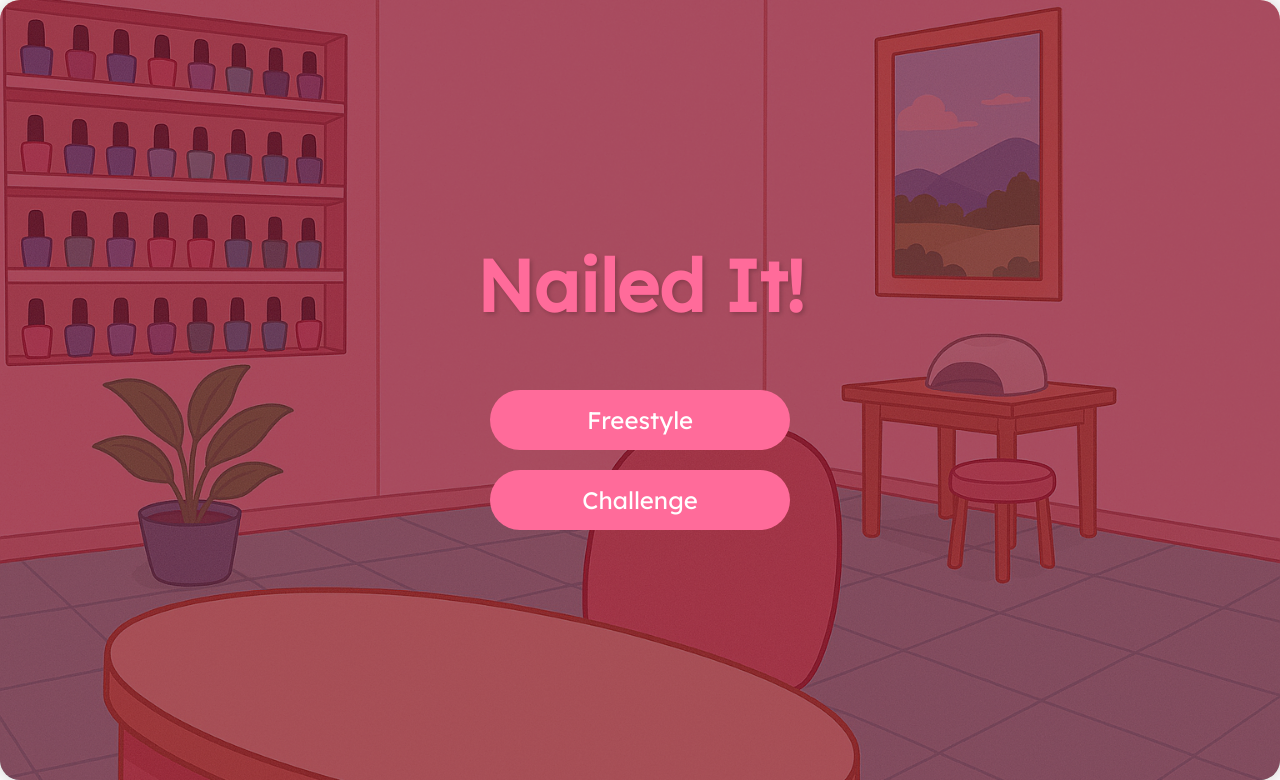
Repository: primcharlin/nailedit
Page: index.html
These files come from the project's save history. The page is drawn as it stood at one moment and after the next save; the edit follows.
The browser window is 1280 px wide. The pictures show the whole page.

Above is the page before, as saved 2025-05-05 22:50:54.

### index.html
<!DOCTYPE html>
<html lang="en">
    <head>
        <meta charset="UTF-8" />
        <meta
            name="viewport"
            content="width=device-width, initial-scale=1.0" />
        <title>Nail Salon Game</title>
        <link
            rel="stylesheet"
            href="styles.css" />
        <link
            href="https://fonts.googleapis.com/css2?family=Lexend&display=swap"
            rel="stylesheet" />
    </head>
    <body>
        <div id="game-container">
            <!-- Main Menu -->
            <div
                id="main-menu"
                class="menu">
                <h1>Nailed It!</h1>
                <button id="freestyle-button">Freestyle</button>
                <button id="challenge-button">Challenge</button>
            </div>

            <div
                id="character-selection"
                class="menu"
                style="display: none">
                <h1>Choose Your Character</h1>
                <div class="character-grid">
                    <div
                        class="character-option"
                        data-character="1">
                        <img
                            src="img/Avatar1.png"
                            alt="Character 1" />
                        <p>Emma</p>
                    </div>
                    <div
                        class="character-option"
                        data-character="2">
                        <img
                            src="img/Avatar2.png"
                            alt="Character 2" />
                        <p>Sophia</p>
                    </div>
                    <div
                        class="character-option"
                        data-character="3">
                        <img
                            src="img/Avatar3.png"
                            alt="Character 3" />
                        <p>Olivia</p>
                    </div>
                </div>
                <button id="back-to-mode">Back</button>
            </div>

            <!-- Game Area -->
            <div
                id="game-area"
                class="game-area"
                style="display: none">
                <!-- Character Display -->
                <div id="character-display"></div>

                <!-- Tools Panel will be created dynamically -->
                <div id="tools-panel"></div>

                <div id="hand">
                    <div
                        class="nail"
                        id="nail-1"></div>
                    <div
                        class="nail"
                        id="nail-2"></div>
                    <div
                        class="nail"
                        id="nail-3"></div>
                    <div
                        class="nail"
                        id="nail-4"></div>
                    <div
                        class="nail"
                        id="nail-5"></div>
                </div>

                <!-- Challenge Mode UI -->
                <div id="challenge-ui">
                    <h2>Reference Design</h2>
                    <div id="reference-image">
                        <div
                            class="reference-nail"
                            id="ref-nail-1"></div>
                        <div
                            class="reference-nail"
                            id="ref-nail-2"></div>
                        <div
                            class="reference-nail"
                            id="ref-nail-3"></div>
                        <div
                            class="reference-nail"
                            id="ref-nail-4"></div>
                        <div
                            class="reference-nail"
                            id="ref-nail-5"></div>
                    </div>
                    <div id="timer">60</div>
                </div>

                <!-- Controls -->
                <div id="controls">
                    <button
                        class="control-button"
                        id="reset-button">
                        Reset
                    </button>
                    <button
                        class="control-button"
                        id="back-button">
                        Main Menu
                    </button>
                    <button
                        class="control-button"
                        id="done-button">
                        Done
                    </button>
                </div>
            </div>

            <!-- Result Modal -->
            <div id="result-modal">
                <h2 id="result-title">Challenge Complete!</h2>
                <p id="result-message">You scored 85% match. Great job!</p>
                <div id="result-buttons">
                    <button
                        class="control-button"
                        id="try-again-button">
                        Try Again
                    </button>
                    <button
                        class="control-button"
                        id="menu-button">
                        Main Menu
                    </button>
                </div>
            </div>
        </div>

        <script src="script.js"></script>
    </body>
</html>

### styles.css
* {
    margin: 0;
    padding: 0;
    box-sizing: border-box;
    font-family: "Lexend", sans-serif;
}

body {
    background-color: white;
    display: flex;
    justify-content: center;
    align-items: center;
    min-height: 100vh;
    overflow: hidden;
}

h1 {
    font-family: "Lexend", sans-serif;
}

#game-container {
    width: 1300px;
    height: 780px;
    position: relative;
    background-image: url("img/background.png");
    background-size: cover;
    background-position: center;
    box-shadow: 0 0 20px rgba(0, 0, 0, 0.2);
    overflow: hidden;
    border-radius: 20px;
}

/* Main Menu */
#main-menu {
    position: absolute;
    width: 100%;
    height: 100%;
    display: flex;
    flex-direction: column;
    justify-content: center;
    align-items: center;
    background-color: rgba(117, 5, 43, 0.625);
    z-index: 100;
}

#main-menu h1 {
    font-size: 72px;
    color: #ff6b9a;
    margin-bottom: 50px;
    text-shadow: 2px 2px 4px rgba(0, 0, 0, 0.2);
}

.logo {
    width: 400px;
    height: auto;
    margin-bottom: 50px;
    transition: transform 0.3s ease;
}

.logo:hover {
    transform: scale(1.1);
}

#main-menu button {
    background-color: #ff6b9a;
    color: white;
    border: none;
    padding: 15px 30px;
    margin: 10px;
    font-size: 24px;
    border-radius: 30px;
    cursor: pointer;
    transition: all 0.3s ease;
    width: 300px;
}

#main-menu button:hover {
    background-color: #ff4d85;
    transform: scale(1.05);
}

/* Character Selection */
#character-selection {
    position: absolute;
    width: 100%;
    height: 100%;
    display: flex;
    flex-direction: column;
    justify-content: center;
    align-items: center;
    background-color: rgba(255, 255, 255, 0.3);
    z-index: 100;
}

#character-selection h1 {
    font-size: 48px;
    color: #ff6b9a;
    margin-bottom: 30px;
    text-shadow: 2px 2px 4px rgba(0, 0, 0, 0.2);
}

/* Game Area */
#game-area {
    display: none;
    width: 100%;
    height: 100%;
    position: relative;
    padding: 20px;
    overflow: hidden;
}

/* Horizontal Tools Panel */
.horizontal-tools-panel {
    position: absolute;
    top: 50%;
    right: 20px;
    transform: translateY(-50%);
    width: 100px;
    background-color: white;
    border-radius: 20px;
    padding: 15px;
    box-shadow: 0 0 15px rgba(0, 0, 0, 0.1);
    z-index: 10;
    display: flex;
    flex-direction: column;
    gap: 15px;
}

.category-button {
    width: 70px;
    height: 70px;
    display: flex;
    flex-direction: column;
    align-items: center;
    justify-content: center;
    padding: 10px;
    border-radius: 15px;
    cursor: pointer;
    transition: all 0.2s ease;
    background-color: #fff;
}

.category-button:hover {
    background-color: #ffdee7;
}

.category-button.active {
    background-color: #ffb8cb;
}

.category-icon {
    width: 40px;
    height: 40px;
    margin-bottom: 5px;
    background-size: contain;
    background-repeat: no-repeat;
    background-position: center;
}

.category-name {
    font-size: 12px;
    text-align: center;
    color: #333;
}

.options-container {
    position: absolute;
    right: 140px; /* Position to the left of the tools panel */
    top: 50%;
    transform: translateY(-50%);
    display: none;
    flex-direction: column;
    gap: 10px;
    background-color: white;
    padding: 15px;
    border-radius: 20px;
    box-shadow: 0 0 15px rgba(0, 0, 0, 0.1);
    max-height: 80vh;
    overflow-y: auto;
}

.option-item {
    width: 60px;
    height: 60px;
    display: flex;
    align-items: center;
    justify-content: center;
    border-radius: 10px;
    cursor: pointer;
    transition: all 0.2s ease;
    background-color: #fff;
    padding: 5px;
}

.option-item:hover {
    transform: scale(1.1);
    background-color: #ffdee7;
}

.option-item.selected {
    border: 3px solid #ff6b9a;
    background-color: #ffdee7;
}

.option-icon {
    width: 50px;
    height: 50px;
    background-size: contain;
    background-repeat: no-repeat;
    background-position: center;
}

.color-preview {
    width: 35px;
    height: 35px;
    border-radius: 50%;
}

.deco-preview {
    width: 35px;
    height: 35px;
    background-size: contain;
    background-repeat: no-repeat;
    background-position: center;
}

/* Character Display */
#character-display {
    position: absolute;
    top: 0;
    left: 0;
    width: 100%;
    height: 100%;
    z-index: 0;
    display: flex;
    justify-content: center;
    align-items: center;
    pointer-events: none;
}

#character-display img {
    max-width: 60%;
    max-height: 60%;
    object-fit: contain;
    transform: none;
}

/* Hand area */
#hand {
    position: absolute;
    bottom: 80px;
    left: 50%;
    transform: translateX(-50%);
    width: 720px;
    height: 200px;
    background-color: #ffebe7;
    border-radius: 100px;
    display: flex;
    justify-content: space-around;
    align-items: center;
    padding: 0 40px;
    z-index: 5;
}

.nail {
    position: relative;
    width: 72px;
    height: 108px;
    background-color: #ffdee7;
    border-radius: 36px 36px 0 0;
    cursor: pointer;
    z-index: 5;
    transition: all 0.2s ease;
}

#nail-1,
#nail-2,
#nail-3,
#nail-4,
#nail-5 {
    position: relative;
    transform: none;
    bottom: 0;
    left: 0;
}

.nail:hover {
    transform: translateY(-10px);
}

/* Decoration classes */
.glitter-gold {
    background-image: radial-gradient(circle, #ffdc73 10%, transparent 10%),
        radial-gradient(circle, #ffdc73 10%, transparent 10%);
    background-color: gold;
    background-size: 10px 10px;
    background-position: 0 0, 5px 5px;
}
.glitter-silver {
    background-image: radial-gradient(circle, #ffffff 10%, transparent 10%),
        radial-gradient(circle, #ffffff 10%, transparent 10%);
    background-color: silver;
    background-size: 10px 10px;
    background-position: 0 0, 5px 5px;
}
.glitter-rainbow {
    background-image: linear-gradient(
        45deg,
        red,
        orange,
        yellow,
        green,
        blue,
        indigo,
        violet
    );
}
.glitter-blue {
    background-image: radial-gradient(circle, #ffffff 10%, transparent 10%),
        radial-gradient(circle, #ffffff 10%, transparent 10%);
    background-color: #00ffff;
    background-size: 10px 10px;
    background-position: 0 0, 5px 5px;
}
.glitter-pink {
    background-image: radial-gradient(circle, #ffffff 10%, transparent 10%),
        radial-gradient(circle, #ffffff 10%, transparent 10%);
    background-color: #ff69b4;
    background-size: 10px 10px;
    background-position: 0 0, 5px 5px;
}

.pattern-stripes {
    background-image: repeating-linear-gradient(
        45deg,
        transparent,
        transparent 10px,
        #ff6b9a 10px,
        #ff6b9a 20px
    );
}
.pattern-dots {
    background-image: radial-gradient(circle, #ff6b9a 20%, transparent 20%),
        radial-gradient(circle, #ff6b9a 20%, transparent 20%);
    background-size: 20px 20px;
    background-position: 0 0, 10px 10px;
}
.pattern-zigzag {
    background-image: linear-gradient(135deg, #ff6b9a 25%, transparent 25%) 0 0,
        linear-gradient(225deg, #ff6b9a 25%, transparent 25%) 0 0,
        linear-gradient(315deg, #ff6b9a 25%, transparent 25%) 0 0,
        linear-gradient(45deg, #ff6b9a 25%, transparent 25%) 0 0;
    background-size: 20px 20px;
}
.pattern-leopard {
    background-image: radial-gradient(
        ellipse,
        #000000 0%,
        #000000 30%,
        transparent 30%
    );
    background-size: 30px 30px;
    background-repeat: repeat;
}
.pattern-marble {
    background-image: linear-gradient(
            to right,
            rgba(255, 255, 255, 0.1),
            rgba(255, 255, 255, 0.5)
        ),
        linear-gradient(120deg, rgba(0, 0, 0, 0.1), rgba(0, 0, 0, 0.3));
}

.sticker-heart:after {
    content: "❤";
    font-size: 40px;
    color: red;
    display: flex;
    justify-content: center;
    align-items: center;
    height: 100%;
}
.sticker-star:after {
    content: "★";
    font-size: 40px;
    color: gold;
    display: flex;
    justify-content: center;
    align-items: center;
    height: 100%;
}
.sticker-flower:after {
    content: "✿";
    font-size: 40px;
    color: #ff6b9a;
    display: flex;
    justify-content: center;
    align-items: center;
    height: 100%;
}
.sticker-butterfly:after {
    content: "🦋";
    font-size: 40px;
    display: flex;
    justify-content: center;
    align-items: center;
    height: 100%;
}
.sticker-diamond:after {
    content: "💎";
    font-size: 40px;
    display: flex;
    justify-content: center;
    align-items: center;
    height: 100%;
}

.gem-round:after {
    content: "";
    position: absolute;
    top: 50%;
    left: 50%;
    transform: translate(-50%, -50%);
    width: 20px;
    height: 20px;
    background-color: #00ffff;
    border-radius: 50%;
    box-shadow: 0 0 5px #00ffff, 0 0 10px #00ffff;
}
.gem-square:after {
    content: "";
    position: absolute;
    top: 50%;
    left: 50%;
    transform: translate(-50%, -50%);
    width: 20px;
    height: 20px;
    background-color: #ff00ff;
    box-shadow: 0 0 5px #ff00ff, 0 0 10px #ff00ff;
}
.gem-teardrop:after {
    content: "";
    position: absolute;
    top: 50%;
    left: 50%;
    transform: translate(-50%, -50%) rotate(45deg);
    width: 15px;
    height: 25px;
    background-color: #4169e1;
    border-radius: 50% 50% 50% 0;
    box-shadow: 0 0 5px #4169e1, 0 0 10px #4169e1;
}
.gem-heart:after {
    content: "❤";
    font-size: 25px;
    color: #ff0000;
    display: flex;
    justify-content: center;
    align-items: center;
    height: 100%;
    text-shadow: 0 0 5px #ff0000, 0 0 10px #ff0000;
}
.gem-star:after {
    content: "★";
    font-size: 25px;
    color: #ffd700;
    display: flex;
    justify-content: center;
    align-items: center;
    height: 100%;
    text-shadow: 0 0 5px #ffd700, 0 0 10px #ffd700;
}

/* Challenge Mode UI */
#challenge-ui {
    display: none;
    position: absolute;
    top: 50%;
    left: 20px;
    transform: translateY(-50%);
    width: 240px;
    background-color: white;
    border-radius: 20px;
    padding: 20px;
    box-shadow: 0 0 15px rgba(0, 0, 0, 0.1);
    z-index: 10;
}

#reference-image {
    width: 100%;
    height: 180px;
    background-color: #ffdee7;
    margin-bottom: 20px;
    border: 1px solid #ddd;
    border-radius: 10px;
    display: flex;
    justify-content: center;
    align-items: center;
    gap: 10px;
}

#timer {
    font-size: 32px;
    text-align: center;
    margin-bottom: 20px;
    color: #ff6b9a;
}

/* UI Controls */
#controls {
    position: absolute;
    bottom: 24px;
    left: 50%;
    transform: translateX(-50%);
    display: flex;
    gap: 24px;
    z-index: 10;
}

.control-button {
    background-color: #ff6b9a;
    color: white;
    border: none;
    padding: 12px 24px;
    font-size: 21.6px;
    border-radius: 24px;
    cursor: pointer;
    transition: all 0.3s ease;
}

.control-button:hover {
    background-color: #ff4d85;
}

/* Modal for results */
#result-modal {
    display: none;
    position: absolute;
    top: 50%;
    left: 50%;
    transform: translate(-50%, -50%);
    width: 400px;
    background-color: white;
    border-radius: 20px;
    padding: 30px;
    box-shadow: 0 0 30px rgba(0, 0, 0, 0.3);
    text-align: center;
    z-index: 200;
}

#result-title {
    font-size: 36px;
    margin-bottom: 20px;
    color: #ff6b9a;
}

#result-message {
    font-size: 20px;
    margin-bottom: 30px;
}

#result-buttons {
    display: flex;
    justify-content: center;
    gap: 20px;
}

/* Reference nails for challenge mode */
.reference-nail {
    width: 25px;
    height: 38px;
    background-color: #ffdee7;
    border-radius: 12px 12px 0 0;
    display: inline-block;
}

.character-grid {
    display: grid;
    grid-template-columns: repeat(3, 1fr);
    gap: 30px;
    margin: 30px 0;
}

.character-option {
    display: flex;
    flex-direction: column;
    align-items: center;
    padding: 20px;
    border: 2px solid #ff6b9a;
    border-radius: 15px;
    cursor: pointer;
    transition: transform 0.2s, box-shadow 0.2s;
    background-color: rgba(255, 255, 255, 0.8);
}

.character-option:hover {
    transform: scale(1.05);
    box-shadow: 0 0 15px rgba(255, 107, 154, 0.3);
}

.character-option img {
    width: 150px;
    height: 150px;
    object-fit: cover;
    border-radius: 15px;
    margin-bottom: 15px;
    border: solid 2px #ff6b9a;
}

.character-option p {
    margin: 0;
    font-size: 1.5em;
    color: #333;
}

#back-to-mode {
    margin-top: 20px;
    padding: 10px 20px;
    background-color: #ff6b9a;
    color: white;
    border: none;
    border-radius: 5px;
    cursor: pointer;
    font-size: 1em;
    transition: background-color 0.2s;
}

#back-to-mode:hover {
    background-color: #ff4d8a;
}

Loaded but not shown: script.js (709 lines, source omitted)

After the next save:
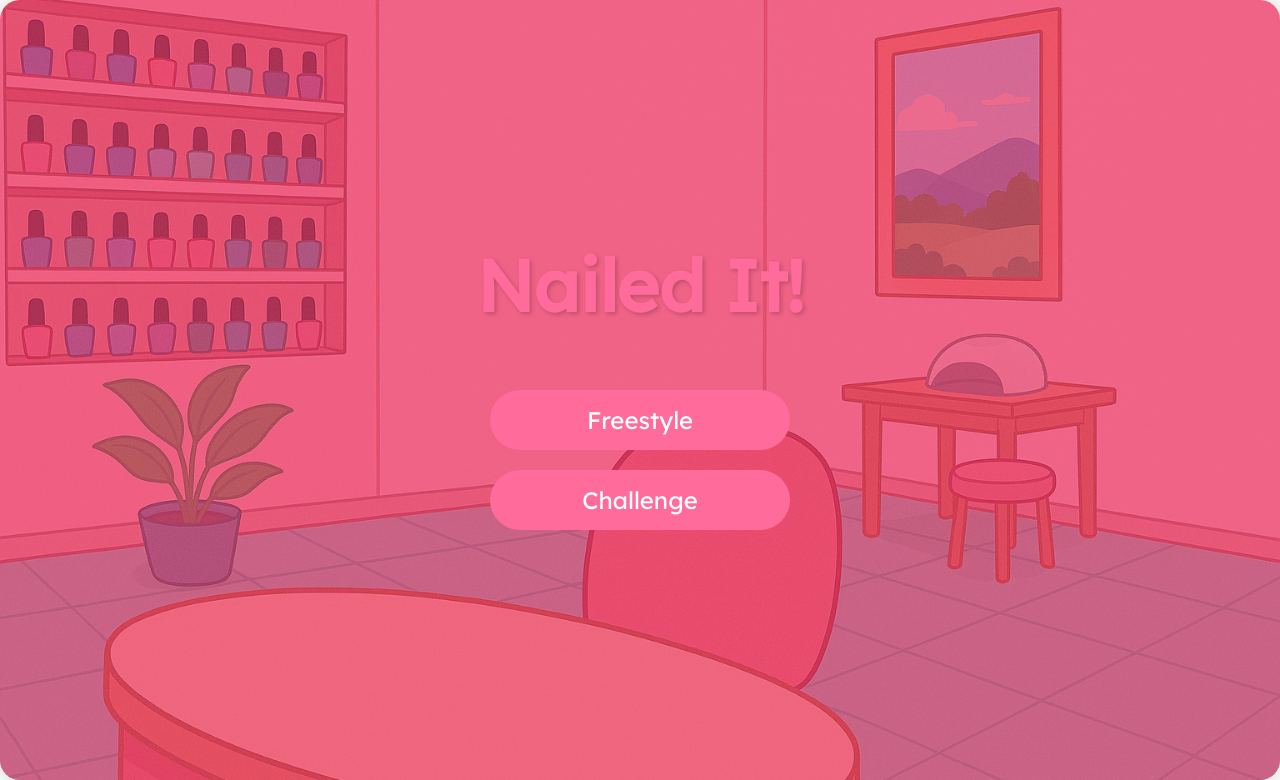
Saved 5 s later.
--- a/styles.css
+++ b/styles.css
@@ -39,7 +39,7 @@ h1 {
     flex-direction: column;
     justify-content: center;
     align-items: center;
-    background-color: rgba(117, 5, 43, 0.625);
+    background-color: rgba(232, 42, 105, 0.625);
     z-index: 100;
 }
 
